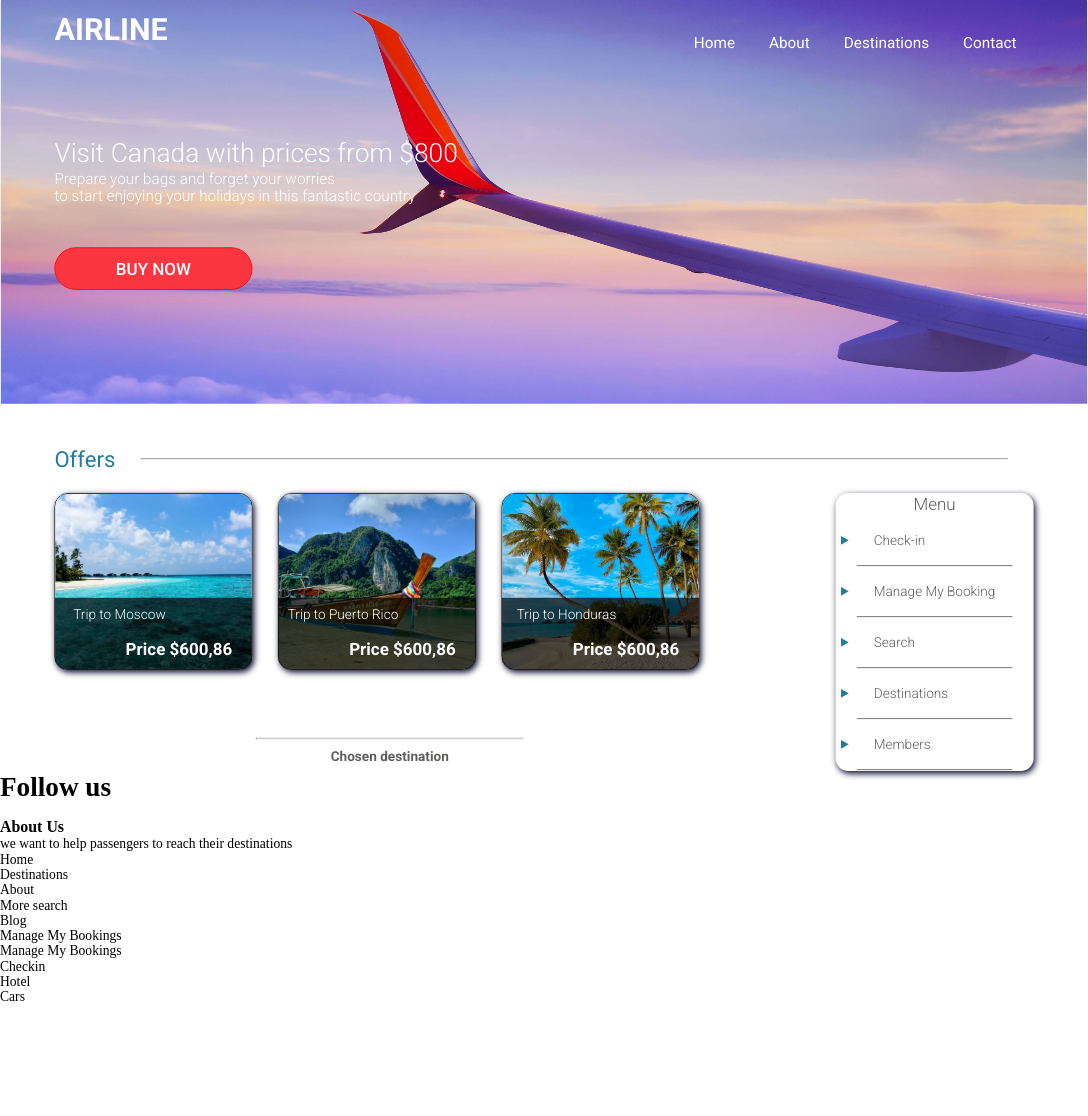
Repository: Cherced/AIRLINES
Page: /
An editor plug-in stored every save of this project. The page is shown before and after the next save, followed by the edit.
The browser window is 1280 px wide. The pictures show the whole page, at 85% of full size.
The project was rebuilt for these pictures with package versions that can differ from the ones it lists, and the page was loaded fresh each time. The framework's server and built-in components were replaced by stand-ins that run in the browser.

Above is the page before, as saved 2022-06-30 15:49:17.

### pages/_app.js
import '../sass/global.scss'

function MyApp({ Component, pageProps }) {

    return <Component {...pageProps} />

  }

  export default MyApp

### pages/_document.js
import Document, { Html, Head, Main, NextScript } from 'next/document'

export default class MyDocument extends Document {
  render() {
    return (
      <Html>
        <Head />
        <body>
          <Main />
          <div id="myportal"></div>
          <NextScript />
        </body>
      </Html>
    )
  }
}

### pages/index.js
import React from 'react'
import { Banner } from '../components/molecules/Banner'
import { Offers } from '../components/molecules/Offers'
import {Footer} from '../components/molecules/Footer'

const Home = () => {
  return (
    <React.Fragment>
        <Banner/>
        <Offers/>
        <Footer/>
    </React.Fragment>
  )
}

export default Home

### sass/global.scss
@import "./settings";
@import "./Elements/banner";
@import "./Elements/offerts";
@import "./Elements/footer";

### components/molecules/Banner.jsx
import React from 'react'
import { Header } from '../atoms/BannerStaff/Header'
import { Promotion } from '../atoms/BannerStaff/Promotion'

export const Banner = () => {
  return (
    <main className="main-Banner--Container">
        <Header/>
        <Promotion/>
    </main>
  )
}

### components/molecules/Offers.jsx
import React from 'react'
import {TripsOffer} from '../atoms/Offerts/TripsOffer'
import { Menu } from '../atoms/Offerts/Menu'

export const Offers = () => {
  return (
    <section className="offers-Section--Container">
    <div className="offers-Title--Container">
        <h1>Offers</h1> <hr />
    </div>
    <div className="offers-BoxModel--Container">
        <div className="offers-BoxModel-Content">
        <TripsOffer/>
        <hr />
        <h3>Chosen destination</h3>
        </div>
        <Menu/>
    </div>
    </section>
  )
}

### components/molecules/Footer.jsx
import React from 'react'
import { SocialMedia } from '../atoms/Footer/SocialMedia'
import { MoreToUs } from '../atoms/Footer/MoreToUs'

export const Footer = () => {
  return (
    <footer className="Footer--Container">
        <SocialMedia/>
        <MoreToUs/>
    </footer>
  )
}

### sass/_settings.scss
//fonts:
@import url('https://fonts.googleapis.com/css2?family=Inter:wght@100;200;300;500;600;700;800;900&family=Roboto:ital,wght@0,100;0,300;0,400;0,500;0,700;0,900;1,100;1,300;1,400;1,500;1,700;1,900&display=swap');

$preSetFont: 'Roboto', sans-serif;

*{
    box-sizing: border-box;
    margin: 0;
    padding: 0;
}

### sass/Elements/_banner.scss
@import "../components/Banner/header";
@import "../components/Banner/promotion";

.main-Banner--Container{
    height: 475px;
    width: 100%;
    background-image: url("../../public/images/plane.jpg");
    background-size: cover;
    background-repeat: no-repeat;
    display: flex;
    flex-direction: column;
    align-items: center;
}

### sass/components/Banner/_header.scss
.header--Container {
    width: 90%;
    height: 70px;
    display: flex;
    align-items: center;
    justify-content: space-between;

    h1{
        font-family: $preSetFont;
        font-size: 36px;
        text-align: left;
        color: white;
        letter-spacing: 0px;
    }

    .navBar--Container {
        color: white;
        opacity: 1;

        .itmes-Navbar--Container {
            list-style: none;
            display: flex;
            height: 70px;

            li {
                width: auto;
                padding: 40px 20px 0 20px;

                a {
                    font-family: $preSetFont;
                    font-size: 18px;
                    letter-spacing: 0px;
                }

                a:hover {
                    border-bottom: 2px solid white;
                }
            }
        }
    }
}

### sass/components/Banner/_promotion.scss
.promotions--Container {
    height: 405px;
    width: 90%;
    display: flex;
    flex-direction: column;
    align-items: flex-start;
    margin-top: 92px;

    h1 {
        text-align: left;
        font-family: $preSetFont;
        font-size: 31px;
        font-weight: 300;
        letter-spacing: 0px;
        opacity: 1;
        color: white;
    }

    p {
        width: 440px;
        text-align: left;
        font-family: $preSetFont;
        font-size: 18px;
        font-weight: 300;
        letter-spacing: 0px;
        color: #FFFFFF;
        opacity: 1;
    }

    .buyNowBtn {
        margin-top: 50px;
        background: #FB3640;
        width: 233px;
        height: 50px;
        font-family: $preSetFont;
        text-align: center;
        font: normal normal 500 20px/24px Roboto;
        letter-spacing: 0px;
        color: #FFFFFF;
        opacity: 1;
        border-radius: 60px;
        border: 1px solid red;
    }
}

### sass/Elements/_offerts.scss
.offers-Section--Container {
    width: 100vw;
    display: flex;
    flex-direction: column;
    align-items: center;
    justify-content: center;

    .offers-Title--Container {
        padding-top: 65px;
        width: 90%;
        height: 50px;
        display: flex;
        align-items: center;

        h1 {
            color: #247BA0;
            text-align: left;
            font: normal normal 400 26px/32px Roboto;
            letter-spacing: 0px;
            color: #247BA0;
            opacity: 1;
        }

        hr {
            margin: 0 30px;
            width: 90%;
        }
    }

    .offers-BoxModel--Container {
        width: 90%;
        display: flex;
        justify-content: space-between;
        margin-top: 40px;

        .offers-BoxModel-Content {
            display: flex;
            flex-direction: column;
            align-items: center;

            .promotional-Cards--Container {
                display: flex;
                margin-bottom: 70px;

                .promotionalCard {
                    width: 233px;
                    height: 208px;
                    border-radius: 60px;
                    margin-right: 30px;

                    img {
                        border: 1px solid black;
                        box-shadow: 2px 3px 8px #000029;
                        opacity: 1;
                        width: 100%;
                        height: 100%;
                        border-radius: 16px;
                        object-fit: cover;
                        z-index: -1;
                    }

                    .promotionalCard--Info {
                        position: relative;
                        height: 85px;
                        top: -89px;
                        background: rgba(0, 0, 0, 0.6784313725) 0% 0% no-repeat padding-box;
                        border-radius: 0px 0px 15px 15px;
                        opacity: 1;
                        display: flex;
                        flex-direction: column;
                        align-items: center;

                        p {
                            text-align: left;
                            font: normal normal 300 16px/19px Roboto;
                            letter-spacing: 0px;
                            color: #FFFFFF;
                            opacity: 1;
                            padding-top: 10px;
                            padding-right: 90px;
                            padding-left: 10px;
                        }

                        h1 {
                            text-align: left;
                            font: normal normal bold 20px/24px Roboto;
                            letter-spacing: 0px;
                            color: #FFFFFF;
                            opacity: 1;
                            padding-top: 20px;
                            padding-left: 60px;
                        }
                    }
                }

            }

            hr {
                width: 40%;
                margin: 10px 0 10px;
            }

            h3 {
                text-align: left;
                font: normal normal bold 16px/19px Roboto;
                letter-spacing: 0px;
                color: #605F5E;
                opacity: 1;
            }

        }

        .menuAside--Container {
            width: 233px;
            height: 327px;
            display: flex;
            box-shadow: 2px 3px 8px #000029;
            flex-direction: column;
            align-items: center;
            justify-content: space-evenly;
            border-radius: 15px;

            h1 {
                text-align: left;
                font: normal normal 300 20px/24px Roboto;
                letter-spacing: 0px;
                color: #605F5E;
                opacity: 1;
            }

            ul {
                list-style-type: disclosure-closed;
                color: #247BA0;
                width: 100%;
                display: flex;
                flex-direction: column;
                align-items: center;
                li {
                    width: 100%;
                    padding: 20px;
                    a{
                        text-align: left;
                        font: normal normal 300 16px/19px Roboto;
                        letter-spacing: 0px;
                        color: #605F5E;
                        opacity: 1;
                    }
                   border-bottom: 0.5px solid #605F5E;
                }
            }
        }
    }

}

### sass/Elements/_footer.scss
.Footer--Container{
    width: 100%;
    height: 406px;
}

### components/atoms/BannerStaff/Header.jsx
import React from 'react'

export const Header = () => {
  return (
    <header className="header--Container">
        <h1>AIRLINE</h1>
        <nav className="navBar--Container">
            <ul className="itmes-Navbar--Container">
                <li><a>Home</a></li>
                <li><a>About</a></li>
                <li><a>Destinations</a></li>
                <li><a>Contact</a></li>
            </ul>
        </nav>
    </header>
  )
}

### components/atoms/BannerStaff/Promotion.jsx
import React from 'react'

export const Promotion = () => {
  return (
    <div className="promotions--Container">
        <h1>Visit Canada with prices from $800</h1>
        <p>Prepare your bags and forget your worries</p>
        <p> to start enjoying your holidays in this fantastic country</p>
        <button className="buyNowBtn" type="button">BUY NOW</button>
    </div>
  )
}

### components/atoms/Offerts/TripsOffer.jsx
import React from 'react'

export const TripsOffer = () => {
  return (
    <div className="promotional-Cards--Container">
        <div className="promotionalCard">
            <img src="/images/moscow.jpg" alt="moscu"/>
            <div className="promotionalCard--Info">
                <p>
                Trip to Moscow
                </p>
                <h1>Price $600,86</h1>
            </div>
        </div>
        <div className="promotionalCard">
            <img src="/images/puerto-rico.jpg" alt="puerrtorro"/>
            <div className="promotionalCard--Info">
                <p>
                Trip to Puerto Rico
                </p>
                <h1>Price $600,86</h1>
            </div>
        </div>
        <div className="promotionalCard">
            <img src="/images/honduras.jpg" alt="honduras"/>
            <div className="promotionalCard--Info">
                <p>
                Trip to Honduras
                </p>
                <h1>Price $600,86</h1>
            </div>
        </div>
    </div>
  )
}

### components/atoms/Offerts/Menu.jsx
import React from 'react'

export const Menu = () => {
  return (
    <aside className="menuAside--Container">
        <h1>Menu</h1>
        <nav>
        <ul className="menuAside-Navbar--Container">
            <li><a>Check-in</a></li>
            <li><a>Manage My Booking</a></li>
            <li><a>Search</a></li>
            <li><a>Destinations</a></li>
            <li><a>Members</a></li>
        </ul>
        </nav>
    </aside>
  )
}

### components/atoms/Footer/SocialMedia.jsx
import React from 'react'

export const SocialMedia = () => {
  return (
    <div className="SocialMedia--Container">
        <h1>Follow us</h1>
        <div className="iconsSocialMedia--Container">
            <img src="" alt="" />
            <img src="" alt="" />
            <img src="" alt="" />
        </div>
    </div>
  )
}

### components/atoms/Footer/MoreToUs.jsx
import React from 'react'

export const MoreToUs = () => {
  return (
    <section className="footerNavBar--Container">
        <nav className="navbar-Item-Content">
            <h1>About Us</h1>
            <p><a>we want to help passengers to reach their destinations</a></p>
        </nav>
        <nav className="navbar-Item-Content">
            <ul>
                <li><a>Home</a></li>
                <li><a>Destinations</a></li>
                <li><a>About</a></li>
            </ul>
        </nav>
        <nav className="navbar-Item-Content">
            <ul>
            <li><a>More search</a></li>
            <li><a>Blog</a></li>
            <li><a>Manage My Bookings</a></li>
            </ul>
        </nav>
        <nav className="navbar-Item-Content">
            <ul>
            <li><a>Manage My Bookings</a></li>
            <li><a>Checkin</a></li>
            <li><a>Hotel</a></li>
            <li><a>Cars</a></li>
            </ul>
        </nav>
    </section>
  )
}

After the next save:
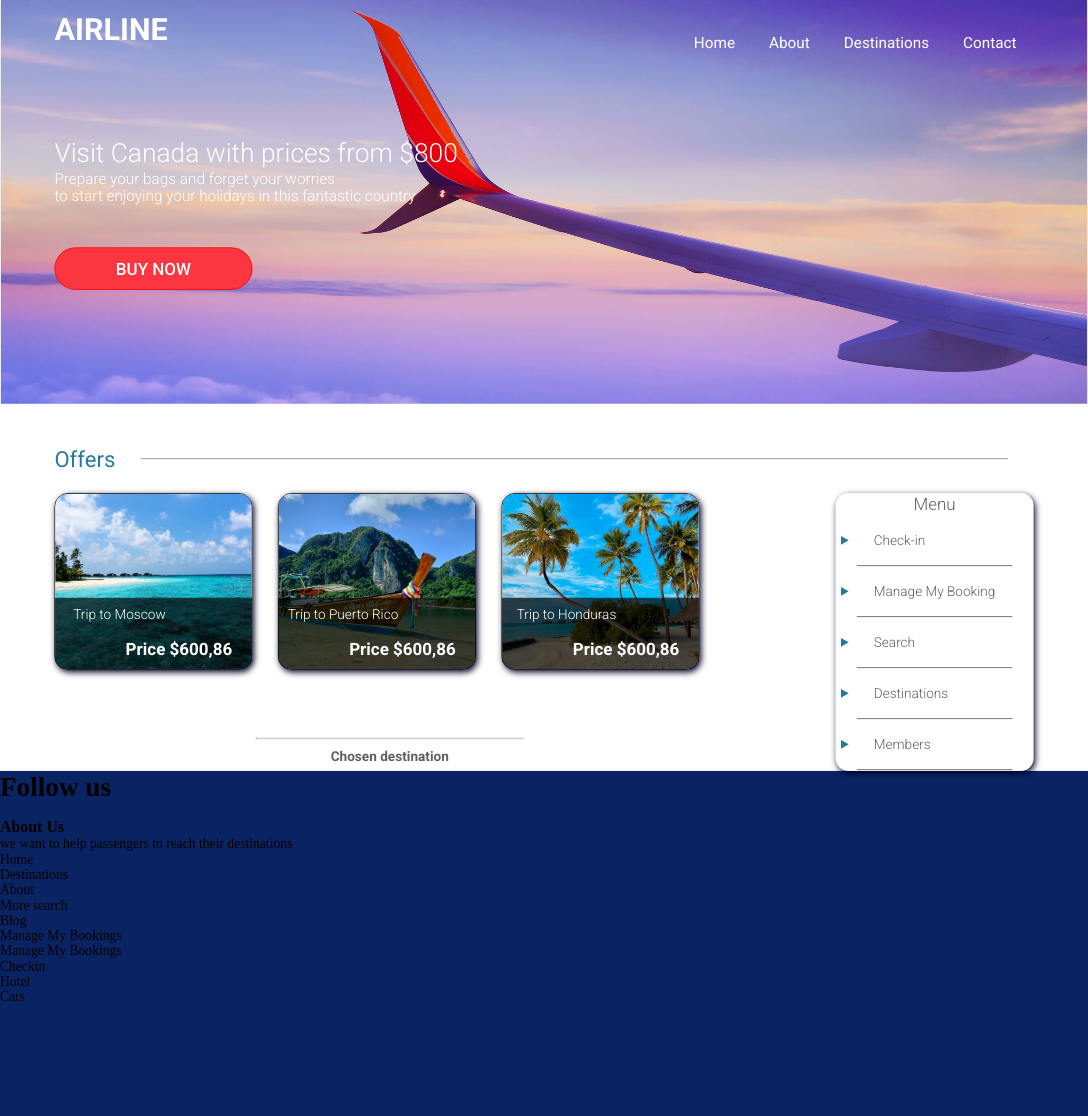
Saved 13 s later.
--- a/sass/Elements/_footer.scss
+++ b/sass/Elements/_footer.scss
@@ -1,4 +1,5 @@
 .Footer--Container{
     width: 100%;
     height: 406px;
+    background: #0A2463;
 }
